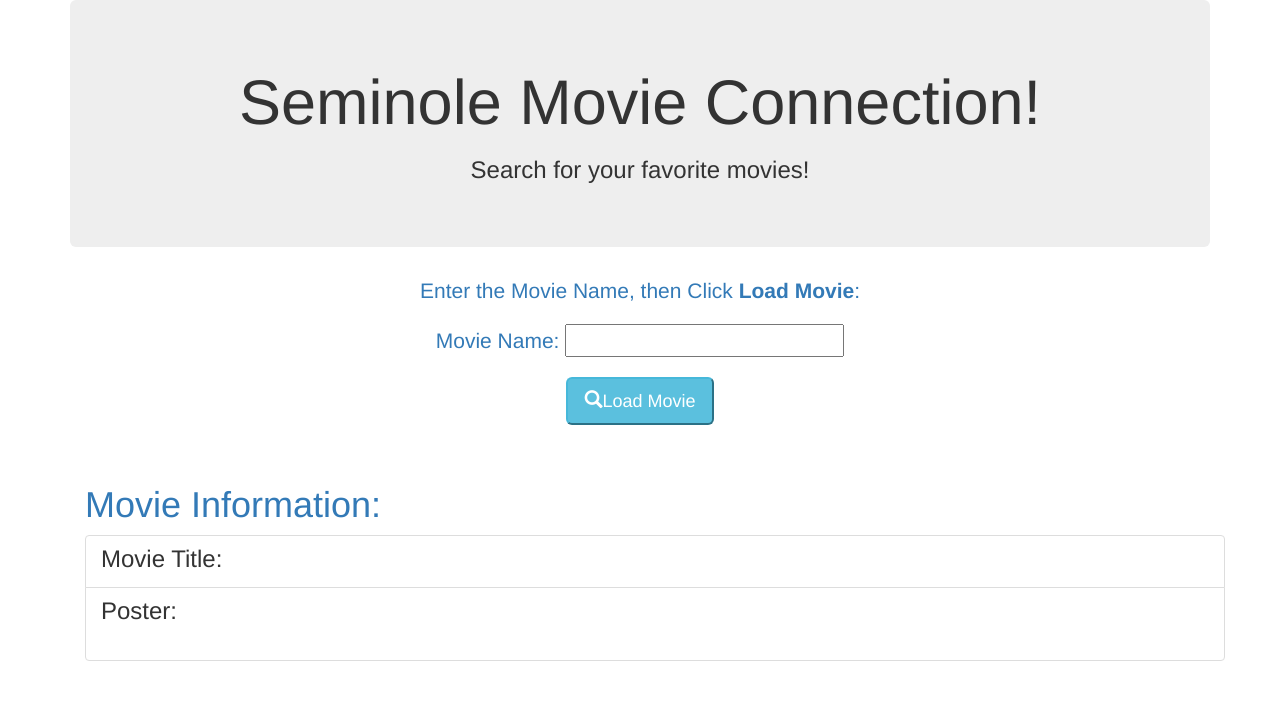
Repository: rob3rtblake/lesson8_ajax
Page: index.html
The author's editor kept a record of every edit. The page is drawn from the files as they stood at one moment, then again after the next edit.
The browser window is 1280 px wide. The pictures show the whole page.
Some web libraries are served in a nearby version.

Above is the page before.

### index.html
<!DOCTYPE HTML>

<html>
<!--
Program Name:   Seminole Movie Connection using TheMovieDB API
Author: Robert Blake
Date: 03/16/2018
Filename:   index.html
-->

    <head>
        <script type="text/javascript"></script>
        <script src="https://ajax.googleapis.com/ajax/libs/jquery/2.1.3/jquery.min.js"></script>
        <script src="https://maxcdn.bootstrapcdn.com/bootstrap/3.3.5/js/bootstrap.min.js"></script>
        <link rel="stylesheet" href="https://maxcdn.bootstrapcdn.com/bootstrap/3.3.5/css/bootstrap.min.css">
        <script src="Movie.js"></script>
    </head>

    <body>
            <div class="container">
              <div class="jumbotron">
                <h1 class="text-primary text-center">Seminole Movie Connection!</h1>
                <center><p class="text-center text-primary lead"><h3>Search for your favorite movies!</h3></p> </center>
            </div>

            <p class="list-group-item-text lead text-primary text-center">Enter the Movie Name, then Click <b>Load Movie</b>:</p><br />

            <p class="list-group-item-text lead text-primary text-center"> Movie Name: <input type="text" id="movieName"></p><br />

            <center><button type="submit" class="btn-lg btn-info" id="Submit" ><span class="glyphicon glyphicon-search"></span>Load Movie</button></center>

            <br /><br />

            <div class="container">
              <h1 class="text-primary">Movie Information:</h1>
                <div class="list-group">

                    <!--The code below retrieves the Movie Title from the HTTP Response message and displays
                        the title on the HTML document where the id is:  "original_title"
                    -->
                    <a href="#" class="list-group-item">
                        <h3 class="list-group-item-heading">Movie Title:</h3>
                        <p class="list-group-item-text lead text-primary" id="original_title"> </p>
                    </a>


                     <!--******************************Insert Movie Plot*********************************
                     TASK #2:
                     1.  Include the code below that will display the following heading:  "Movie Plot:"
                     2.  Create a placeholder where the id is:  "overview"

                     HINT:
                     Use the Movie Title code as an example.

                     *********************************Insert Code Below********************************-->



                    <!--**************************Insert Movie Release Date*****************************
                     TASK #3:
                     1.  Include the code below that will display the following heading:  "Release Date:"
                     2.  Create a placeholder where the id is:  "release_date"

                     HINT:
                     Use the Movie Title code as an example.

                     *******************************Insert Code Below********************************-->



                    <!--**********************Insert Movie Popularity Rating***************************
                     TASK #4:
                     1.  Include the code below that will display the following heading:  "Popularity Rating:"
                     2.  Create a placeholder where the id is:  "popularity"

                     HINT:
                     Use the Movie Title code as an example.

                     *******************************Insert Code Below********************************-->



                    <!--*************************Insert Movie Language************************************
                     TASK #5:
                     1.  Include the code below that will display the following heading:  "Language:"
                     2.  Create a placeholder where the id is:  "original language"

                     HINT:
                     Use the Movie Title code as an example.

                     *******************************Insert Code Below********************************-->


                    <!--The code below retrieves the poster URL from the HTTP Response message and displays
                        the poster on the HTML document where the id is:  "poster_path"
                    -->
                    <a href="#" class="list-group-item">
                        <h3 class="list-group-item-heading">Poster:</h3>
                        <center><img id = "poster_path"> </img></center>
                    </a>
                </div>
            </div>

        </body>
</html>

### Movie.js
/* global $*/

$(document).ready(function(){
    $(':button').click(function(){

            //Retrieve the value from the textfield
            var query = "query=" + $("#movieName").val();

            /***********************************************************************************************
                The code segment below uses the jQuery $.ajax() method.   AJAX is the art of exchanging data
                with a server, and updates part of the web page - without reloading the whole page.  The $.ajax()
                method performs an asynchronous HTTP request. The function is a behind the scene function.

                url -   A string containing the URL to which the request is sent.
	                    (ex. https://api.themoviedb.org/3/search/movie This URL is required and is given to
                        developers by the API providers in the documentation for the service.)

                data -  The data to send to the server when performing the AJAX request.
                        For example, the TheMovieDB API requires the query parameter to be included, which
                        is assigned to the name of the movie the user is searching for.  The query parameter
                        will be the name of the movie the user enters into the textfield.

                Example Request URL:
                        https://api.themoviedb.org/3/search/movie?api_key=YOUR_API_KEY&query=big

                TASK #1:
                        Insert YOUR API Key after the '=' inside of the single quotes.

                HINT:  Replace the text "INSERT-HERE" with your API Key.

            ************************************************************************************************/

            $.ajax({
                //Insert YOUR API Key after the '=' inside the single quotes.
                url:'https://api.themoviedb.org/3/search/movie?api_key=3d70212b3ad9a060cf2a58bee130fc9f',
                data: query
            })

            .done(function(json){


                //The following code retrieves the movie title from JSON object retrieved from the TMDB Server
                //and places the title on the HTML page, where the id="original_title".

                $("#original_title").html(json.results[0].original_title);


                /***********************Retrieve Movie Plot from Server & Add to HTML Document******************
                 TASK #6:
                 1.  Include the jQuery code below that will retrieve the movie plot or overview from JSON object
                     and place on the HTML page.

                 HINT:
                 1.  Retrieve the value by using the key/name as follows:  json.results[0].overview
                 2.  Use as the DOM name where the id is "#overview"
                 3.  Use the example above where the Movie Title was retrieved to complete this step!

                 *********************************Insert Code Below********************************************/




                /***********************Retrieve Movie Release Date from Server & Add to HTML Document***********
                 TASK #7:
                 1.  Include the jQuery code below that will retrieve the movie release date from JSON object
                     and place on the HTML page.

                 HINT:
                 1.  Retrieve the value by using the key/name as follows:  json.results[0].release_date
                 2.  Use as the DOM name where the id is "#release_date"
                 3.  Use the example above where the Movie Title was retrieved to complete this step!

                 *********************************Insert Code Below********************************************/




                 /***********************Retrieve Movie Popularity Rate from Server & Add to HTML Document******
                 TASK #8:
                 1.  Include the jQuery code below that will retrieve the movie popularity rate from JSON object
                     and place on the HTML page.

                 HINT:
                 1.  Retrieve the value by using the key/name as follows:  json.results[0].popularity
                 2.  Use as the DOM name where the id is "#popularity"
                 3.  Use the example above where the Movie Title was retrieved to complete this step!

                 *********************************Insert Code Below********************************************/




                 /*****************Retrieve Movie Original Language from Server & Add to HTML Document***********
                 TASK #9:
                 1.  Include the jQuery code below that will retrieve the movie language from JSON object
                     and place on the HTML page.

                 HINT:
                 1.  Retrieve the value by using the key/name as follows:  json.results[0].original_language
                 2.  Use as the DOM name where the id is "#original_language"
                 3.  Use the example above where the Movie Title was retrieved to complete this step!

                 *********************************Insert Code Below********************************************/



                //The following code retrieves the movie poster path from the JSON object retrieved from the TMDB
                //Server and places the poster image on the HTML page, where the id="poster_path".  It took TWO
                //step to complete this step.

                //Step 1:  Build the URL to send request to TMDB server with this movie's poster path
                var posterURL = "https://image.tmdb.org/t/p/w500" + json.results[0].poster_path;

                //Step 2:  Add the value for the img src attribute to point to the poster's URL
                $("#poster_path").attr('src', posterURL);

            }) //end of done
            .fail(function() {
                alert("Posting failed.");
            });
        return false;
    });//end of click method
});//end of ready method

After the next edit:
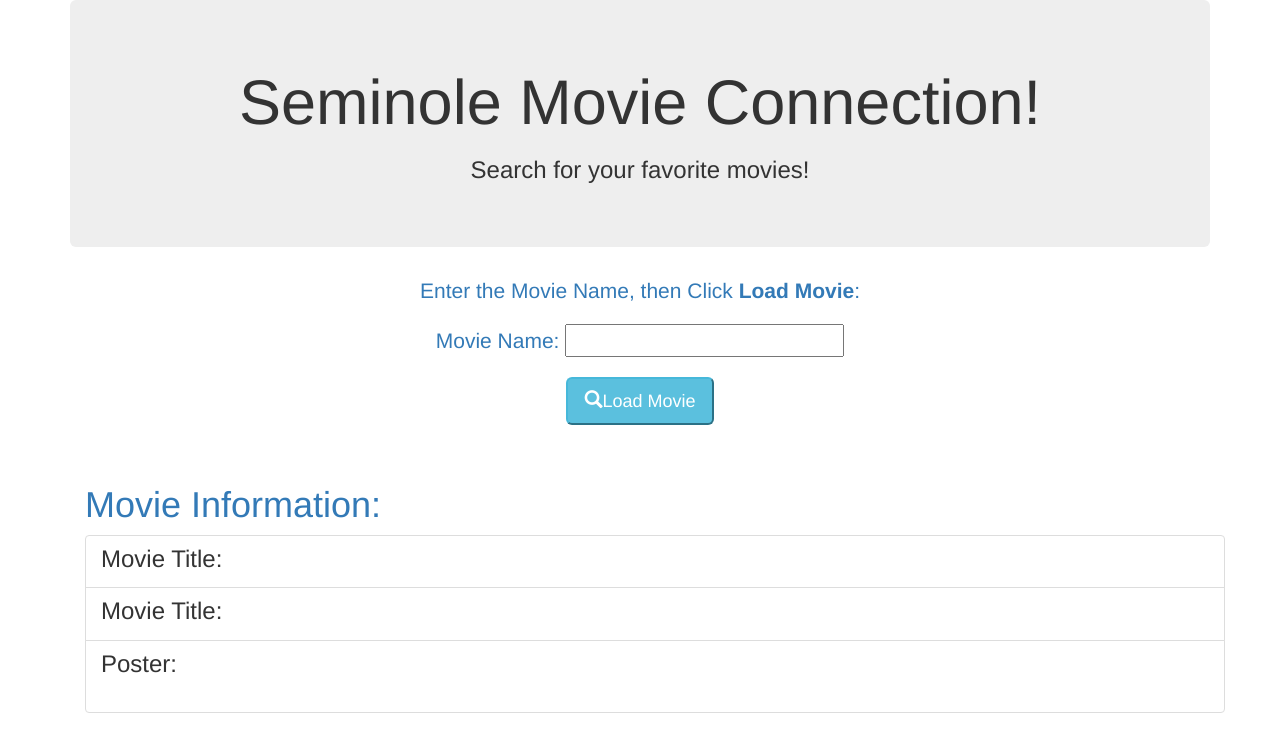
The edit:
--- a/index.html
+++ b/index.html
@@ -53,6 +53,10 @@
                      Use the Movie Title code as an example.
 
                      *********************************Insert Code Below********************************-->
+                     <a href="#" class="list-group-item">
+                        <h3 class="list-group-item-heading">Movie Title:</h3>
+                        <p class="list-group-item-text lead text-primary" id="original_title"> </p>
+                    </a>
 
 
 
